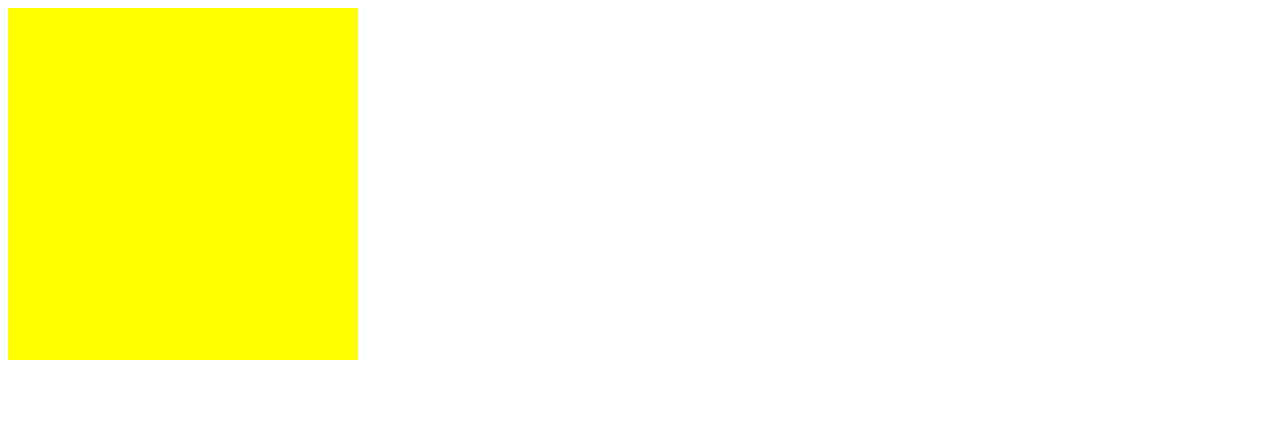
Repository: Sarah7223/internet-programming-tp
Page: TP1/ex7.html
An editor plug-in stored every save of this project. The page is shown before and after the next save, followed by the edit.
The browser window is 1280 px wide. The pictures show the whole page.

Above is the page before, as saved 2022-12-26 15:32:43.

### TP1/ex7.html
<html>
    <head>
        <style>
            .wrapper{
                width:clamp(300px,100%,350px);
            }
            .content{
               height: 50%;
               width: 100%;
                background-color: yellow;
            }

        </style>
    </head>
    <body>
        <div class="wrapper">
            <div class="content">

            </div>
        </div>
    </body>
</html>

After the next save:
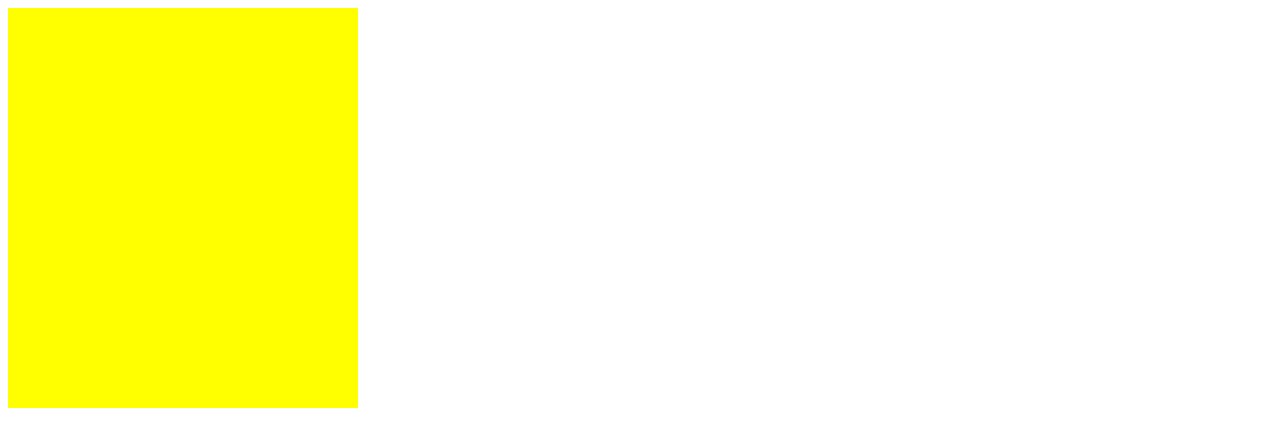
Saved 29 s later.
--- a/TP1/ex7.html
+++ b/TP1/ex7.html
@@ -5,7 +5,7 @@
                 width:clamp(300px,100%,350px);
             }
             .content{
-               height: 50%;
+               height: 400px;
                width: 100%;
                 background-color: yellow;
             }
